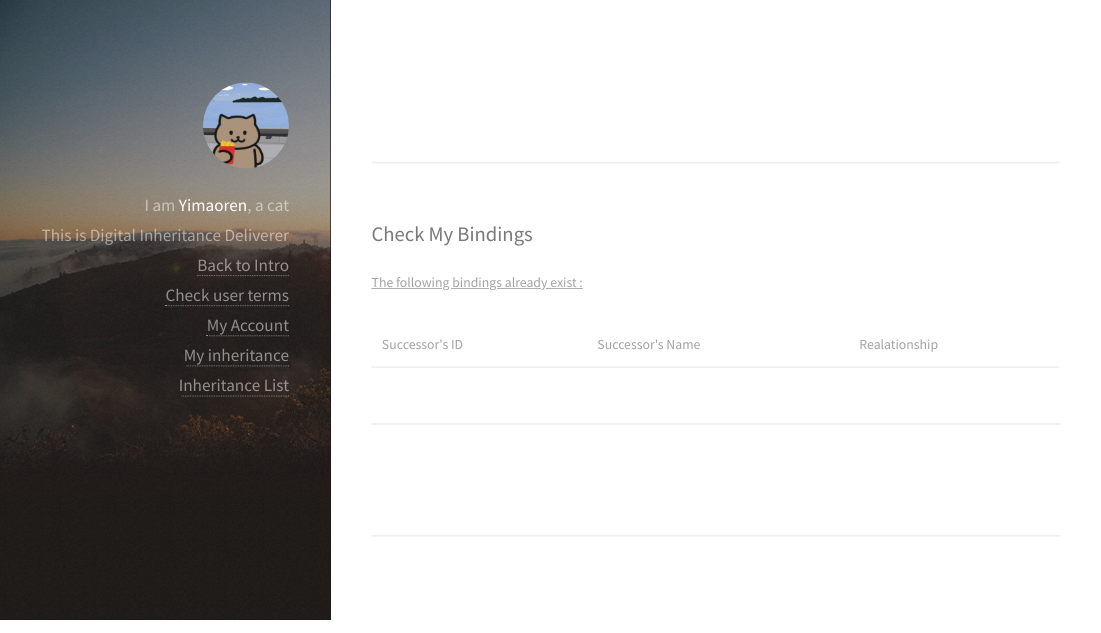
Repository: 1mocat/DID-blockchain-project
Page: Digital_I_D/app/src/my_inher.html
The author's editor kept a copy of each file at every save. The page is drawn from the files as they stood at one save, then again after the next save.
The browser window is 1280 px wide. The pictures show the whole page, at 86% of full size.

Above is the page before, as saved 2023-10-03 13:31:24.

After the next save:
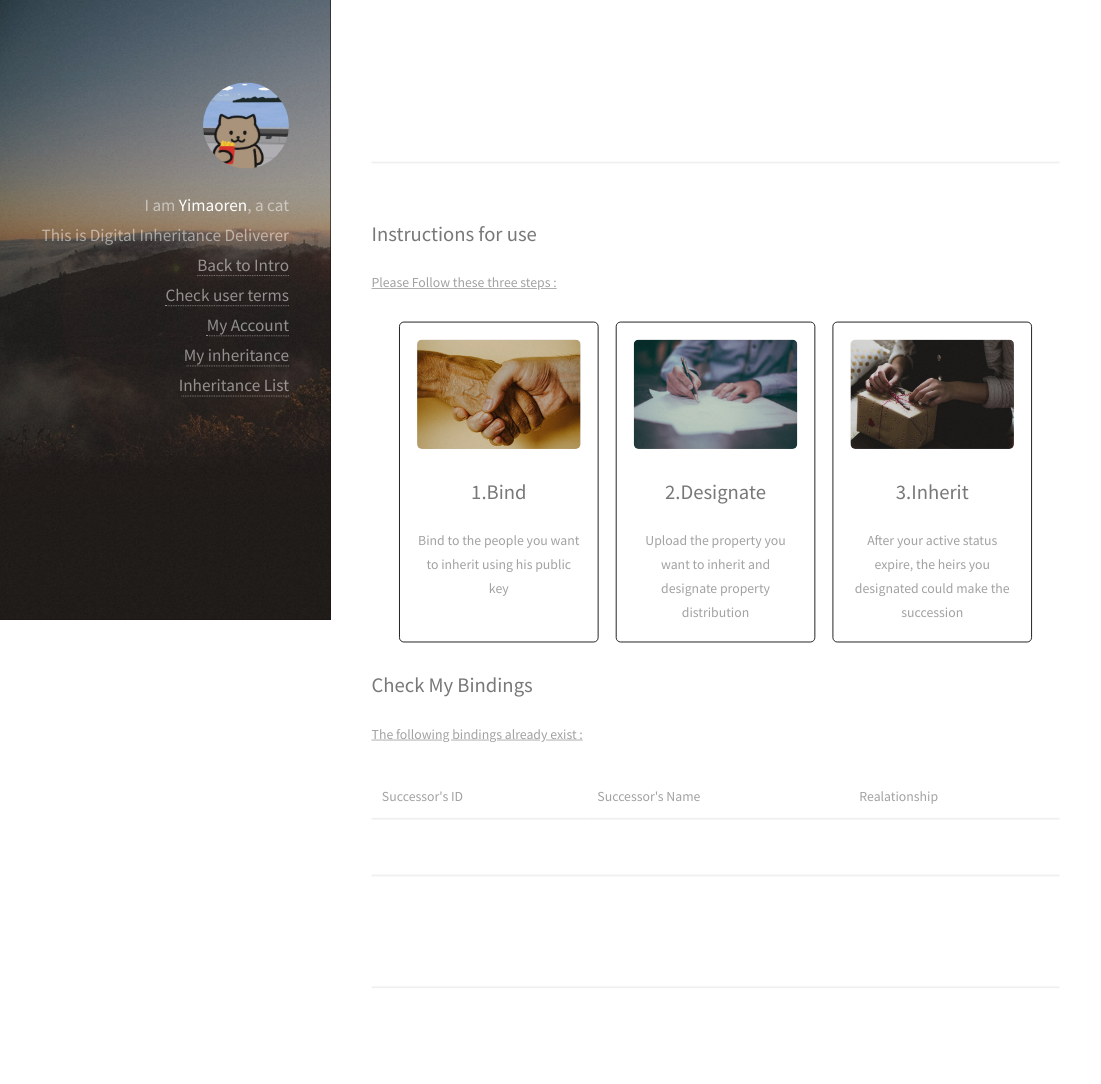
Saved 7 s later.
--- a/Digital_I_D/app/src/my_inher.html
+++ b/Digital_I_D/app/src/my_inher.html
@@ -80,6 +80,26 @@
 		<!-- One -->
 		<br>
 		<section id="one" class="section-container">
+			<h2>Instructions for use</h2>
+			<p><u>Please Follow these three steps :</u></p>
+			<div class="container">
+				<div class="box">
+					<a class="image fit"><img src="images/bind.jpg" title="Bind" alt="" /></a>
+					<h2>1.Bind</h2>
+					<p>Bind to the people you want to inherit using his public key</p>
+				</div>
+				<div class="box">
+					<a class="image fit"><img src="images/assign.jpg" title="Designate" alt="" /></a>
+					<h2>2.Designate</h2>
+					<p>Upload the property you want to inherit and designate property distribution</p>
+				</div>
+				<div class="box">
+					<a class="image fit"><img src="images/open.png" title="Inherit" alt="" /></a>
+					<h2>3.Inherit</h2>
+					<p>After your active status expire, the heirs you designated could make the succession</p>
+				</div>
+			</div>
+
 			<h2>Check My Bindings</h2>
 			<p><u>The following bindings already exist :</u></p>
 			<div class="table-margin">
